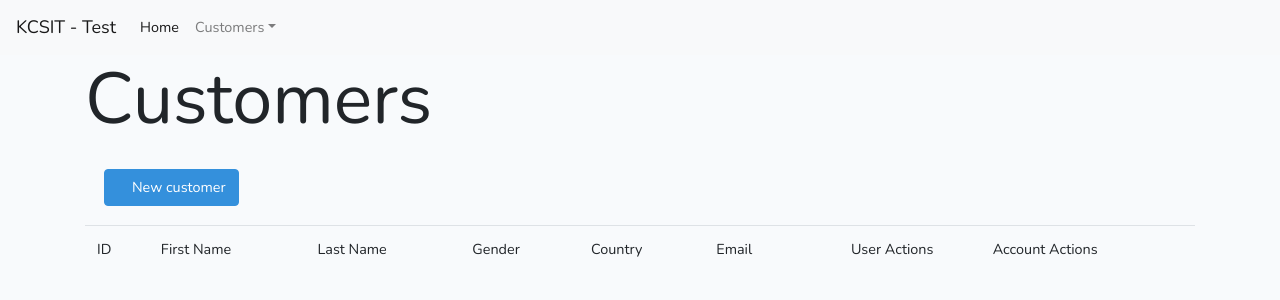
Repository: GilmarBrito/kcsit
Page: http://localhost/customers
An editor plug-in stored every save of this project. The page is shown before and after the next save, followed by the edit.
The browser window is 1280 px wide. The pictures show the whole page.
The page is served by the project's Laravel application, run on PHP 8.4 with Laravel 8. Style sheets and scripts are compiled from the project's sources, by tool versions that may differ from the author's. Queries for data that is not in the repository find no rows.

Above is the page before, as saved 2020-03-08 17:02:31.

After the next save:
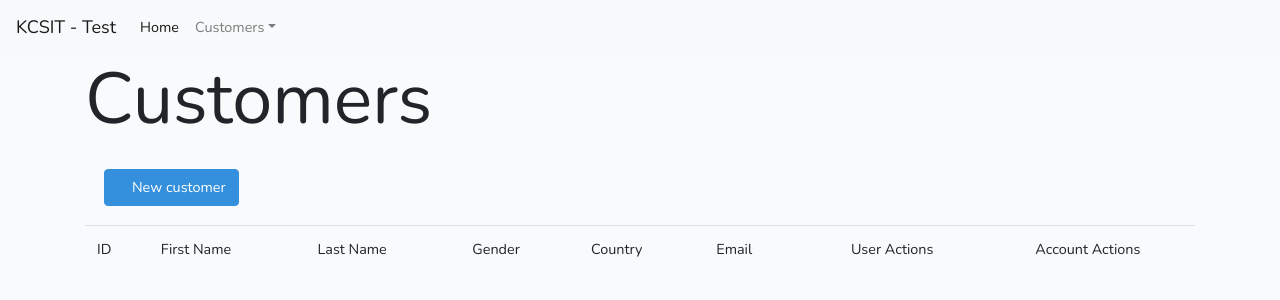
Saved 14 s later.
--- a/resources/views/customers/index.blade.php
+++ b/resources/views/customers/index.blade.php
@@ -25,7 +25,7 @@
                     <td>Country</td>
                     <td>Email</td>
                     <td colspan="2" class="text-center">User Actions</td>
-                    <td colspan="2">Account Actions</td>
+                    <td colspan="2" class="text-center">Account Actions</td>
                 </tr>
             </thead>
             <tbody>
